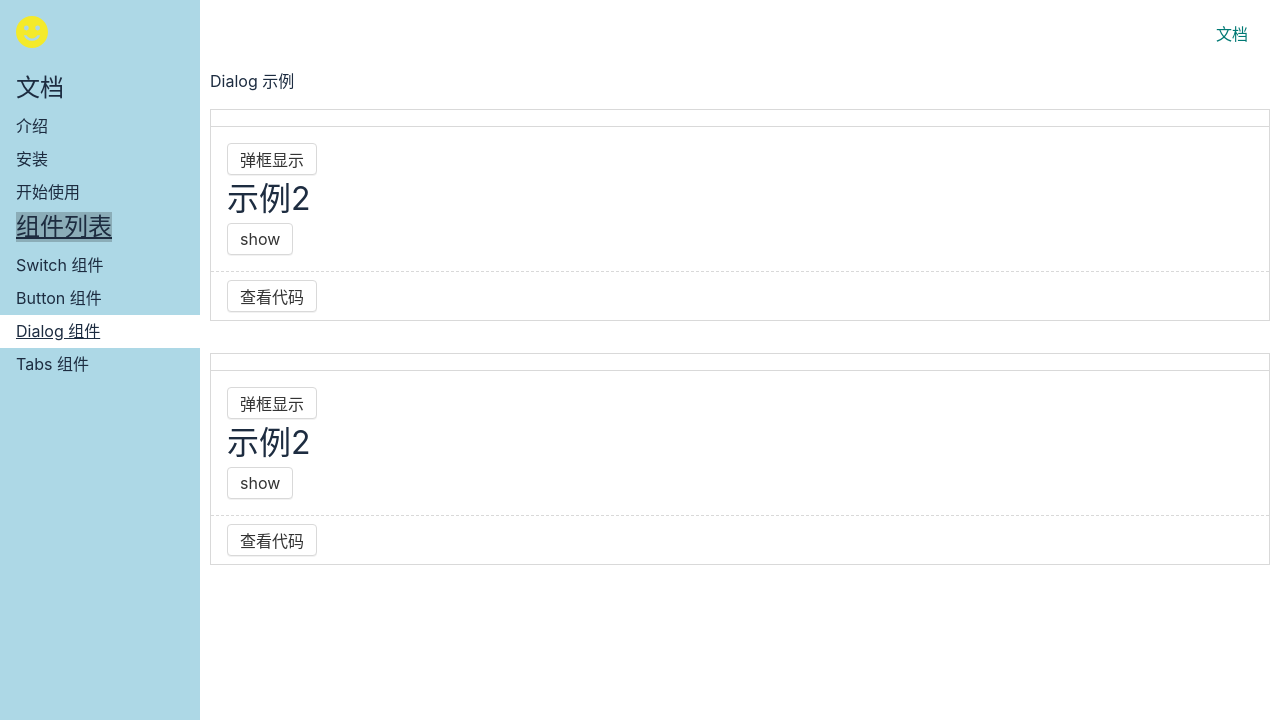
Repository: huming3272/Smile-UI
Page: /#/doc/Dialog
An editor plug-in stored every save of this project. The page is shown before and after a run of saves, followed by the edit.
The browser window is 1280 px wide. The pictures show the whole page.
The project was rebuilt for these pictures with package versions that can differ from the ones it lists, and the page was loaded fresh each time. Also part of the build but not shown: src/lib/svg.js, src/views/Home.vue, src/lib/Switch.vue, src/components/Switch1.demo.vue, src/components/Switch2.demo.vue, src/components/SwitchDemo.vue, src/components/ButtonDemo.vue, src/lib/Tab.vue and 3 more. Imported but missing from the stored project, and not drawn on this page: src/lib/Tabs.vue, src/lib/openDialog.

Above is the page before, as saved 2022-04-17 17:22:19.

After the next 3 saves:
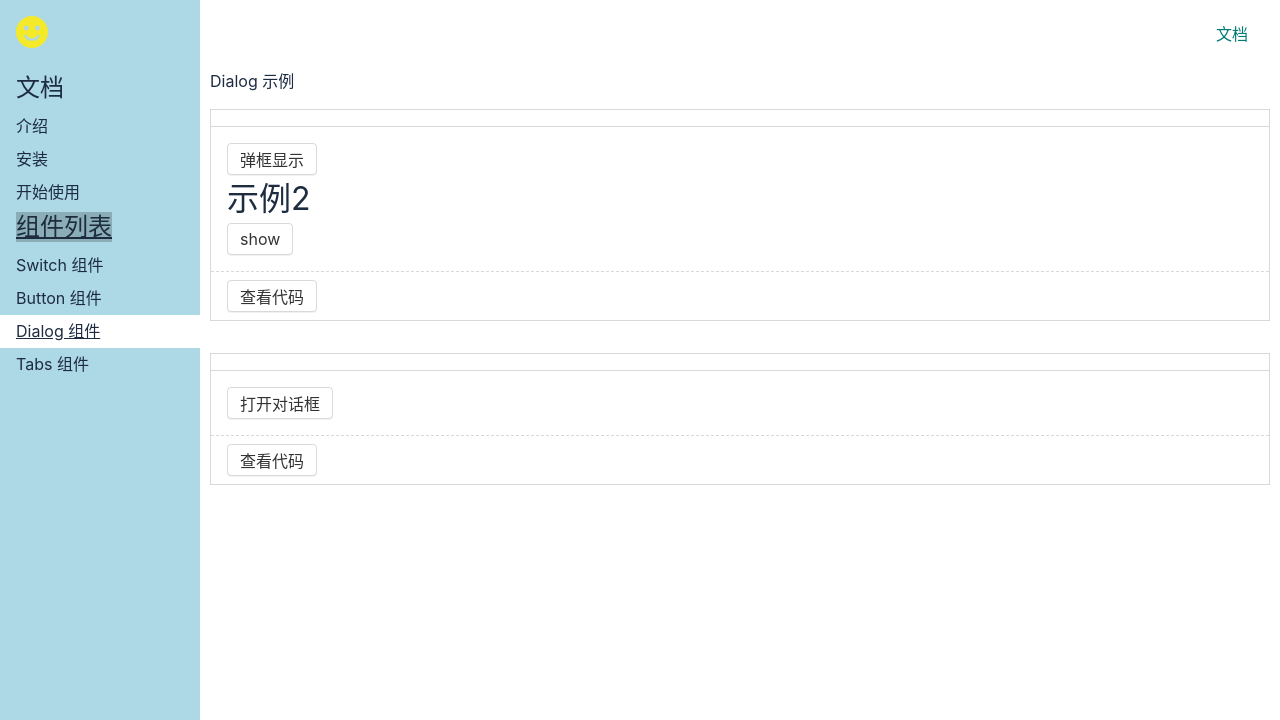
The 3 saves are shown as one change because 2 did not build or start.
The last was saved 20 s later.
--- a/src/components/DialogDemo.vue
+++ b/src/components/DialogDemo.vue
@@ -8,7 +8,7 @@
 </template>
 <script lang='ts'>
 import Dialog1Demo from '../components/Dialog1.demo.vue'
-import Dialog2Demo from '../components/Dialog1.demo.vue'
+import Dialog2Demo from '../components/Dialog2.demo.vue'
 import Demo from '../components/Demo.vue'
 export default {
   name: "DialogDemo",
--- a/src/components/Dialog2.demo.vue
+++ b/src/components/Dialog2.demo.vue
@@ -33,3 +33,4 @@ export default {
     };
   },
 };
+</script>
